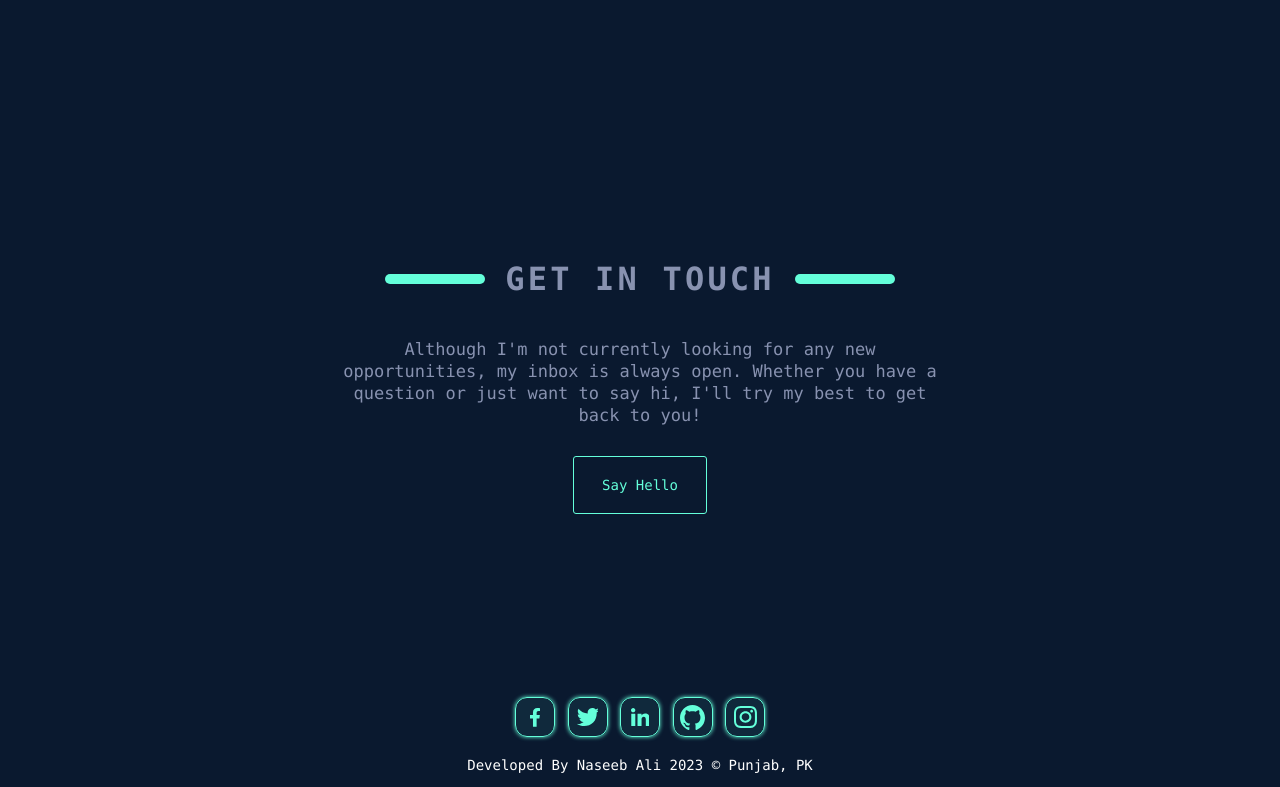
Repository: naseebali/naseebali.github.io
Page: /
These files come from the project's save history. The page is drawn as it stood at one moment and after the next save; the edit follows.
The browser window is 1280 px wide. The pictures show the part of the page from y = 2038 to 2825 px (the page is 2825 px tall before and 2803 px after).
The project was rebuilt for these pictures with package versions that can differ from the ones it lists, and the page was loaded fresh each time. The framework's server and built-in components were replaced by stand-ins that run in the browser. Also part of the build but not shown: next.config.js.

Above is the page before, as saved 2020-07-04 23:29:38.

After the next save:
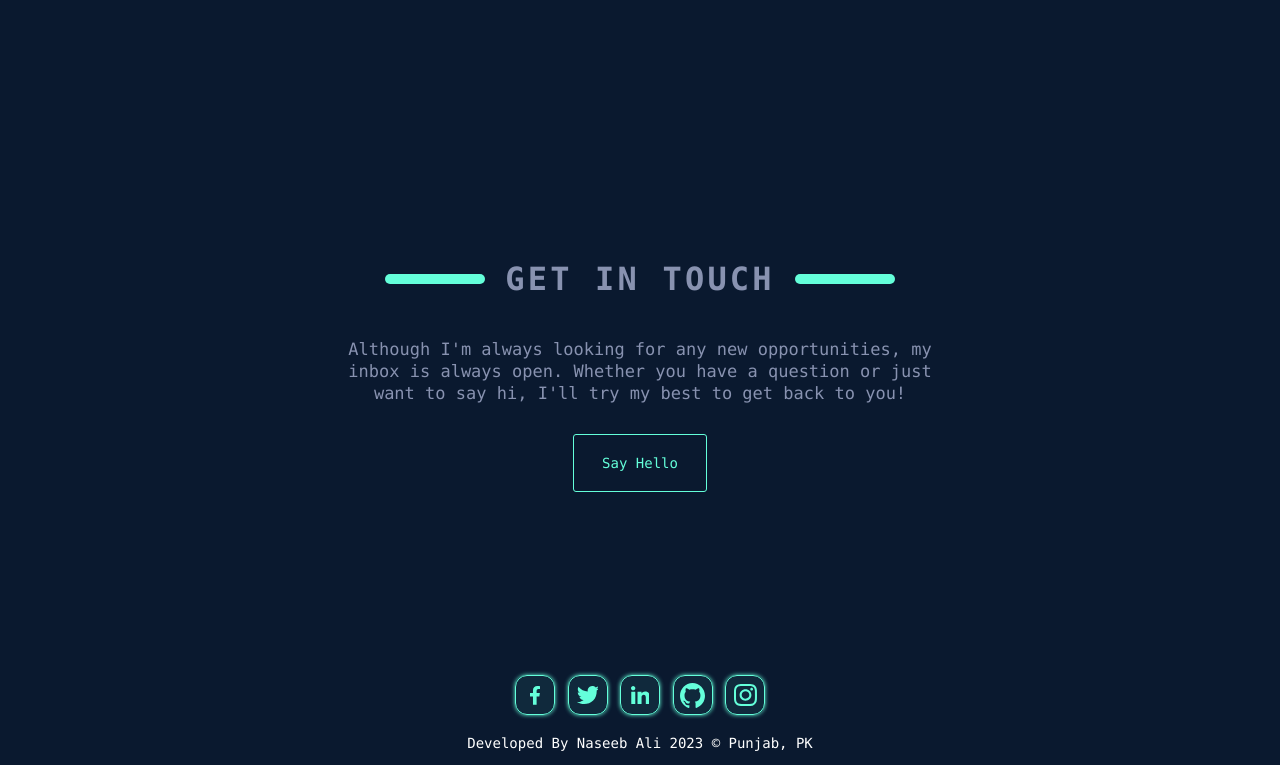
Saved 5 days later.
--- a/pages/Contact.jsx
+++ b/pages/Contact.jsx
@@ -68,9 +68,9 @@ const Contact = () => {
       <Heading style={{ maeginTop: "50px" }}>GET IN TOUCH</Heading>
       <div className="contact--content">
         <p>
-          Although I'm not currently looking for any new opportunities, my inbox
-          is always open. Whether you have a question or just want to say hi,
-          I'll try my best to get back to you!
+          Although I'm always looking for any new opportunities, my inbox is
+          always open. Whether you have a question or just want to say hi, I'll
+          try my best to get back to you!
         </p>
         <div style={{ transitionDelay: "500ms", marginTop: "50px" }}>
           <StyledEmailLink href="mailto:ranausama48@gmail.com">
